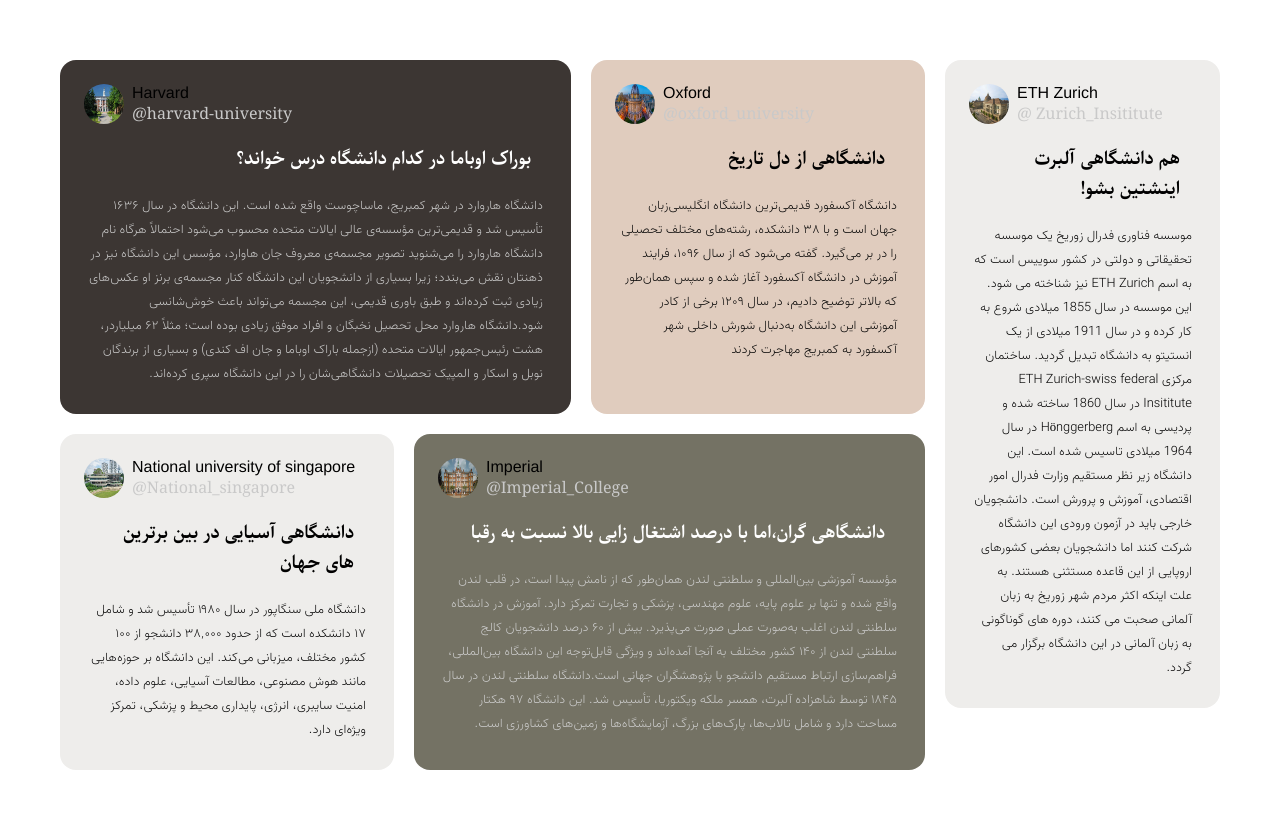
Repository: rahanwz/cards
Page: cards.html
An editor plug-in stored every save of this project. The page is shown before and after the next save, followed by the edit.
The browser window is 1280 px wide. The pictures show the whole page.

Above is the page before, as saved 2024-02-17 16:59:01.

After the next save:
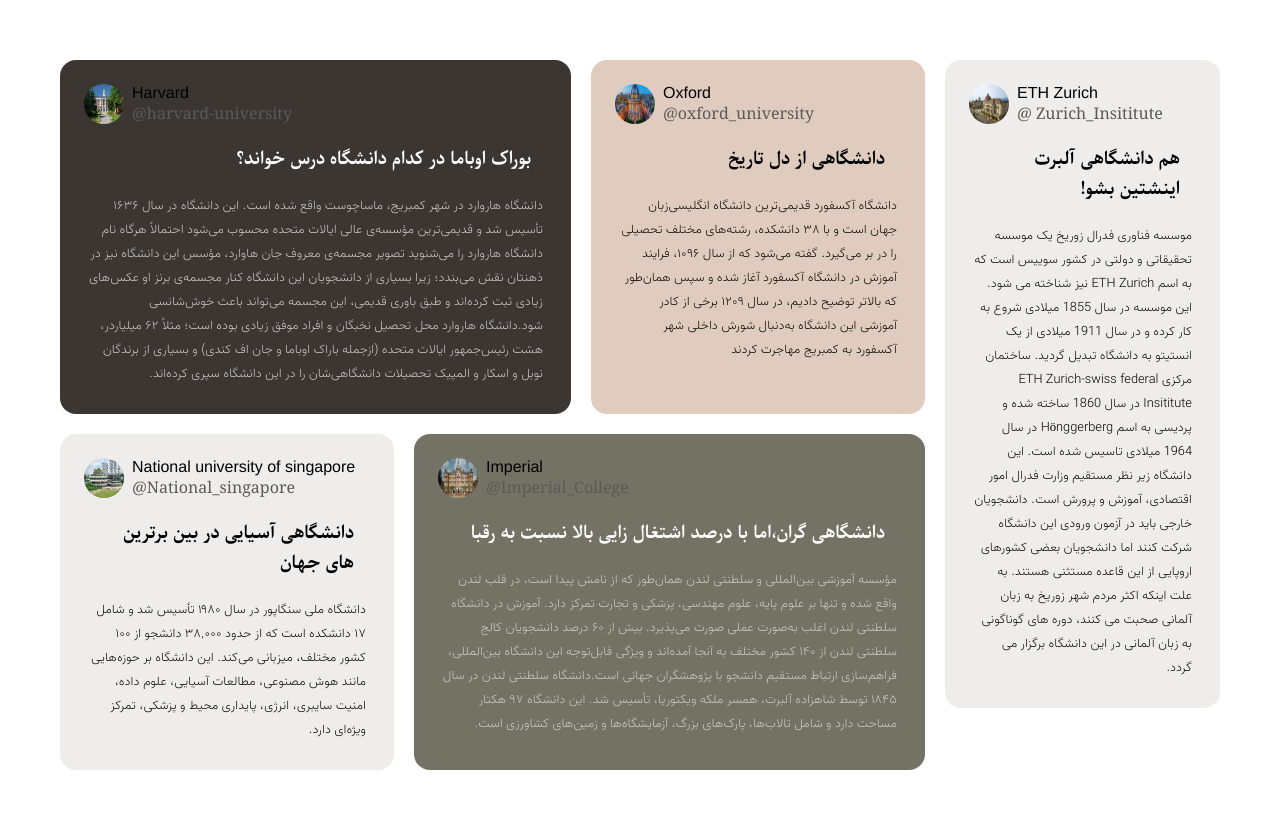
Saved 20 s later.
--- a/cards.css
+++ b/cards.css
@@ -112,7 +112,7 @@
 }
 .id{
    font-family:Cambria, Cochin, Georgia, Times, 'Times New Roman', serif;
-   color: #c9c9c9;
+   color: #5a5a5a;
 }
 
 }
